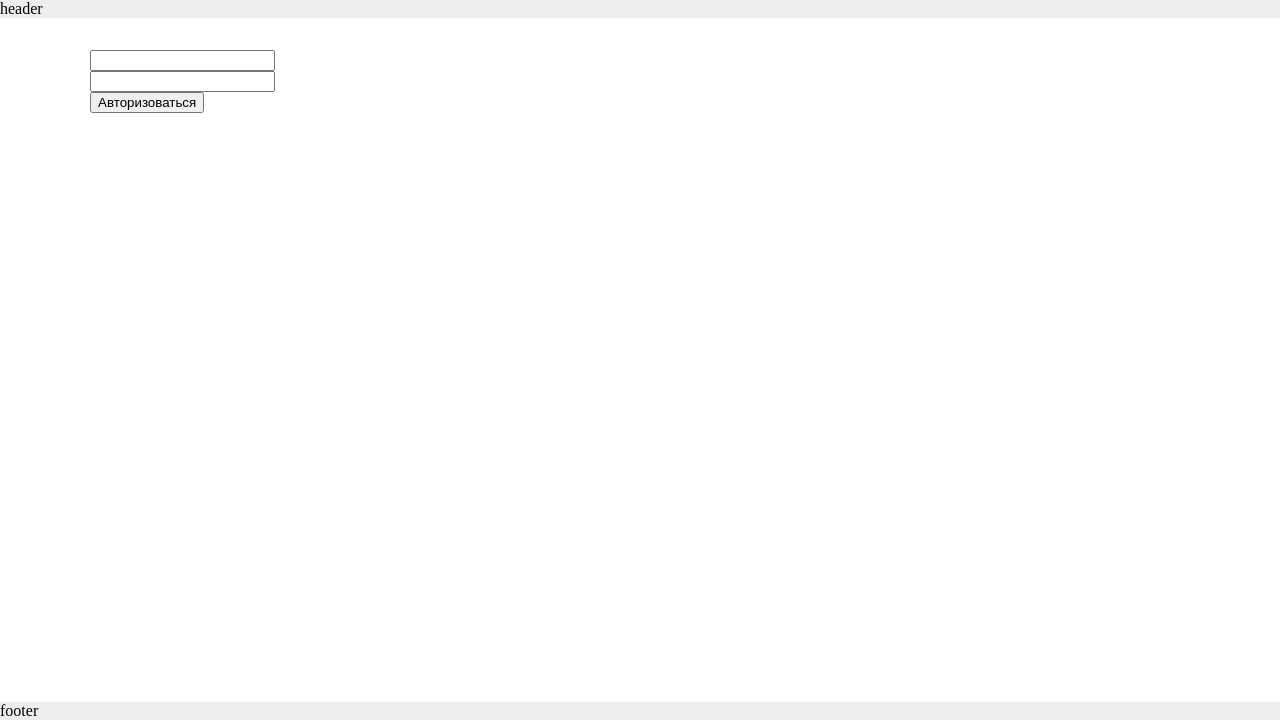
Repository: slep0y/fakeAuth
Page: index.html
The author's editor kept a copy of each file at every save. The page is drawn from the files as they stood at one save, then again after the next save.
The browser window is 1280 px wide. The pictures show the whole page.
The style sheet was rebuilt from its Sass, Less or Tailwind sources for each picture, by a compiler version that may differ from the author's.

Above is the page before, as saved 2025-01-19 12:43:26.

### index.html
<!DOCTYPE html>
<html lang="ru">
<head>
    <meta charset="UTF-8">
    <meta name="viewport" content="width=device-width, initial-scale=1.0">
    <!-- <link rel="stylesheet" href="./styles/special-style.css"> -->
    <link rel="stylesheet" href="/styles/style.css">
    <title>Document</title>
</head>
<body class="page">
    <header class="header">header</header>
    <main class="main">
        <section class="auth-section">
            <div class="container">
                <div class="auth-section__inner">
                    <form action="*" class="form">
                        <div class="fieldgroup">
                            <input type="text" class="input">
                            <input type="text" class="input">
                        </div>
                        <div class="controls">
                            <button class="button">Авторизоваться</button>
                        </div>
                    </form>
                </div>
            </div>
        </section>
    </main>
    <footer class="footer">footer</footer>

    <script src="./js/script.js"></script>
</body>
</html>

### styles/style.scss
@import "_base.scss";
@import "blocks/page/_page.scss";
@import "blocks/container/_container.scss";
@import "blocks/main/_main.scss";
@import "blocks/header/_header.scss";
@import "blocks/footer/_footer.scss";
@import "blocks/auth-section/_auth-section.scss";
@import "blocks/form/_form.scss";

### styles/_base.scss
:root{
    --segoe:'Segoe UI', Tahoma, Geneva, Verdana, sans-serif;
}
body, html {
    margin: 0;
    padding: 0;
    height: 100%;
}
*, *::after, *::before {
    box-sizing: border-box;
}
section{
    padding-block: 2rem;
}

### styles/blocks/page/_page.scss
.page{
    display: grid;
    grid-auto-rows: min-content auto min-content;
}

### styles/blocks/container/_container.scss
.container {
    width: 100%;
    margin-inline: auto;
    max-width: 1140px;
    padding-inline: 20px;
}

### styles/blocks/main/_main.scss
.main{

}

### styles/blocks/header/_header.scss
.header{
    background-color: #eee;
}

### styles/blocks/footer/_footer.scss
.footer{
    background-color: #eee;
}

### styles/blocks/auth-section/_auth-section.scss
.auth-section{
    &__inner{
        display: grid;
        align-content: center;
    }
}

### styles/blocks/form/_form.scss
.form{
    max-width: 300px;
}

Loaded but not shown: js/script.js (no stored copy; drawn as an empty file)

After the next save:
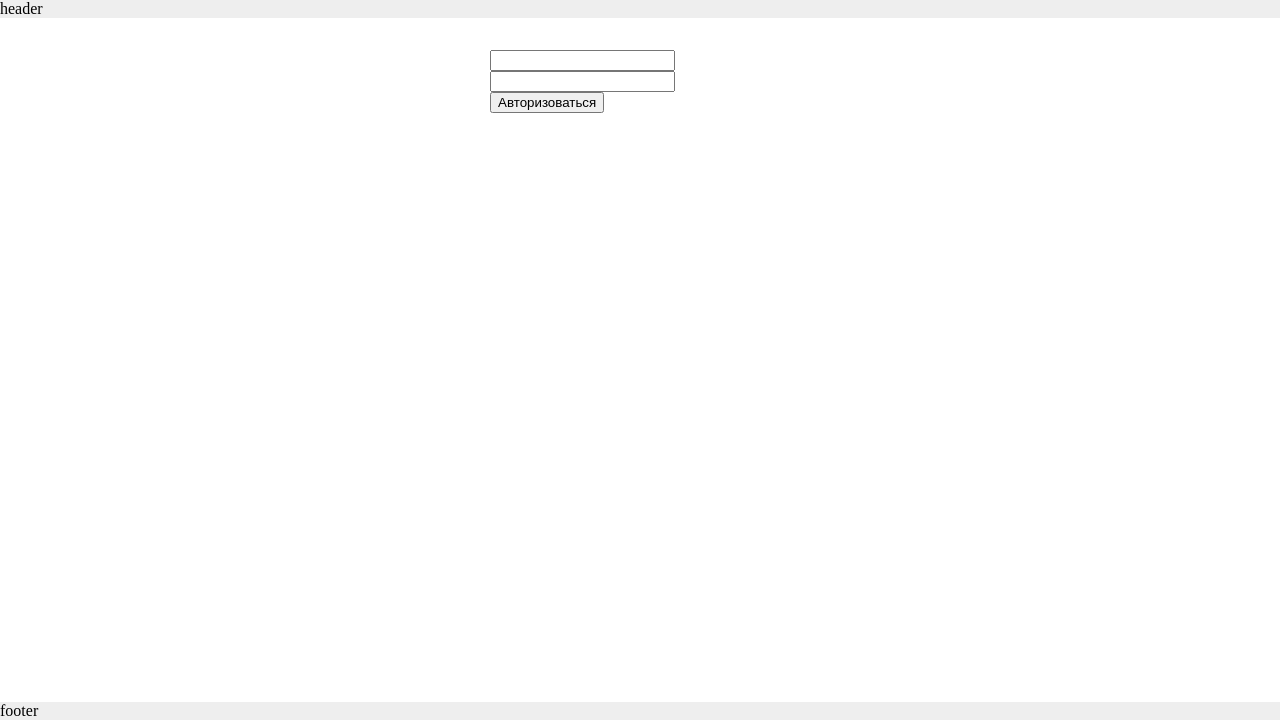
Saved 24 s later.
--- a/styles/blocks/auth-section/_auth-section.scss
+++ b/styles/blocks/auth-section/_auth-section.scss
@@ -1,6 +1,6 @@
 .auth-section{
     &__inner{
         display: grid;
-        align-content: center;
+        justify-content: center;
     }
 }
